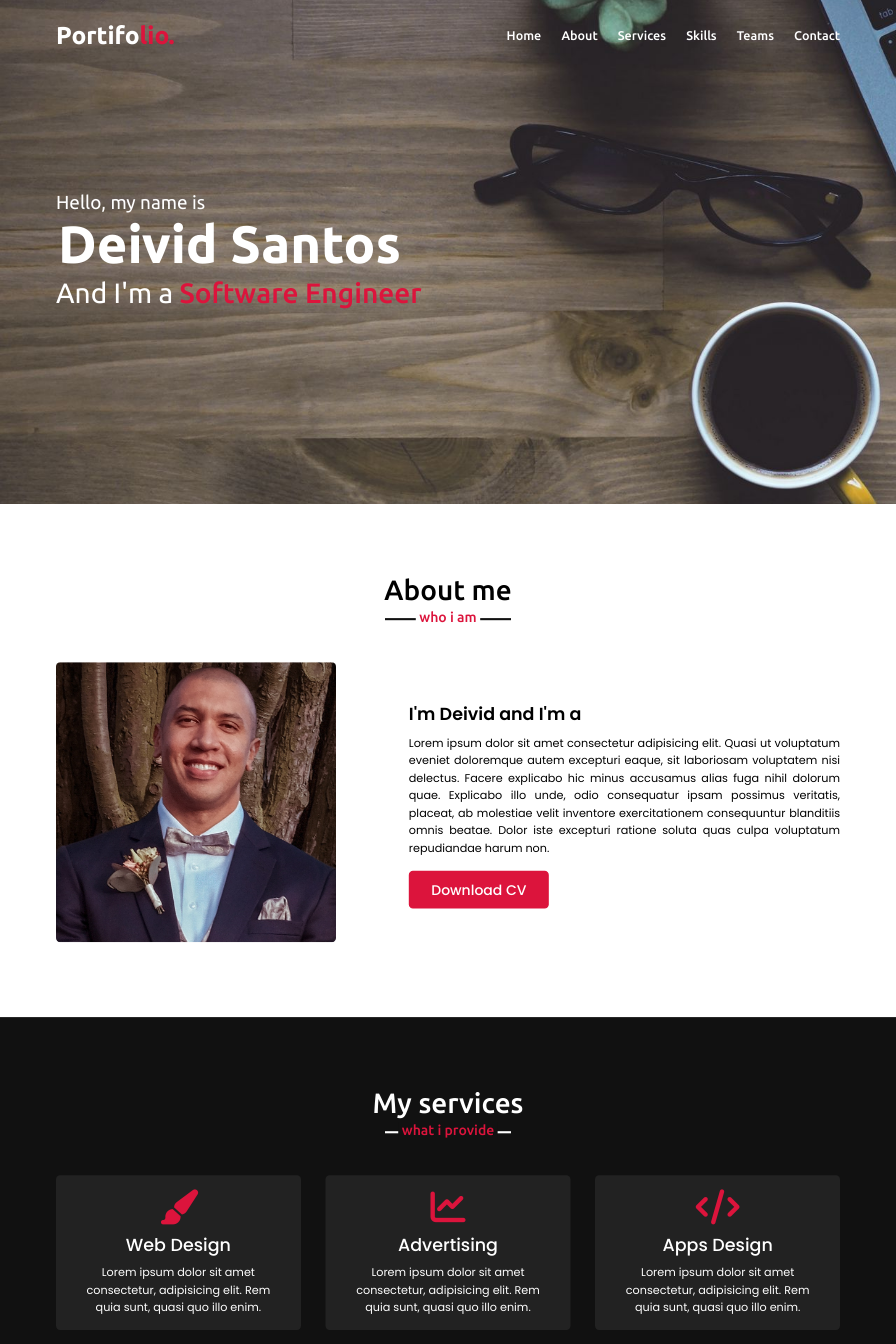
Repository: deividwsantoss/portfolio
Page: index.html
These files come from the project's save history. The page is drawn as it stood at one moment and after the next save; the edit follows.
The browser window is 1280 px wide. The pictures show the part of the page from y = 0 to 1920 px (the page is 3623 px tall before and 3973 px after), at 70% of full size.
Some web libraries are served in a nearby version.

Above is the page before, as saved 2021-03-01 22:04:15.
Console error: TypeError: Cannot read properties of null (reading 'tagName')

After the next save:
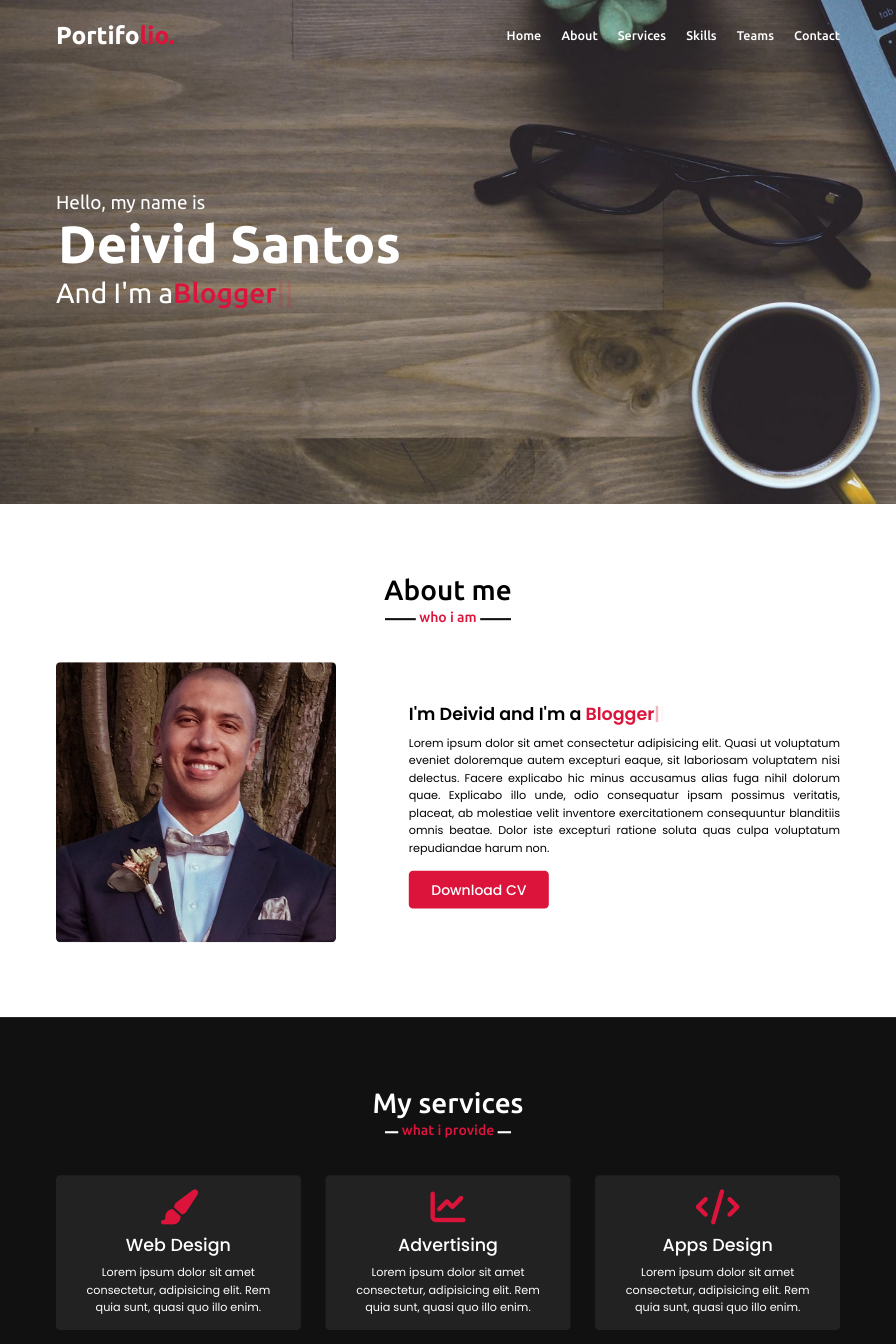
The error is gone.
Saved 3 min 50 s later.
--- a/index.html
+++ b/index.html
@@ -36,7 +36,7 @@
             <div class="home-content">
                 <div class="text-1">Hello, my name is </div>
                 <div class="text-2">Deivid Santos</div>
-                <div class="text-3">And I'm a<span> Software Engineer</span></div>
+                <div class="text-3">And I'm a<span class="typing"></span></div>
             </div>
         </div>
     </section>
